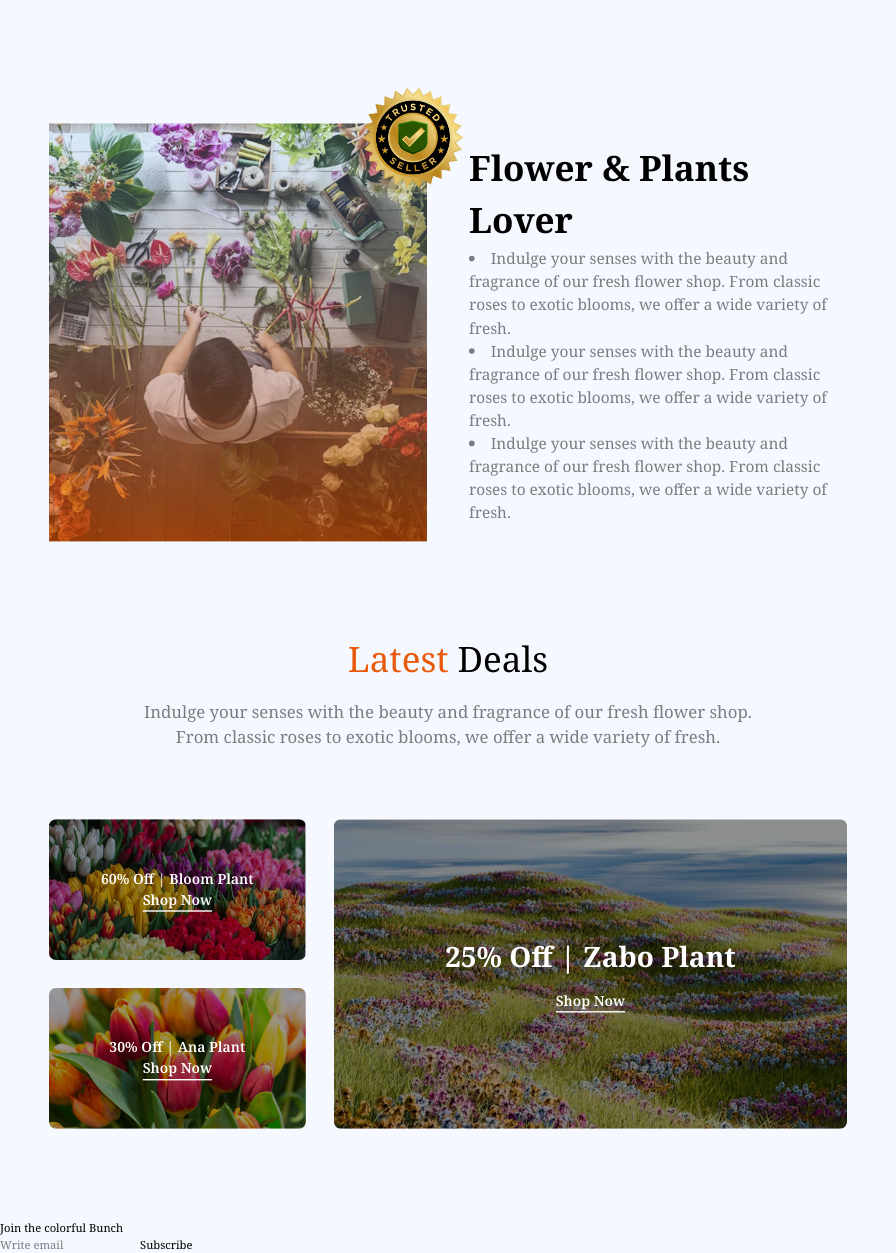
Repository: nahid-hasann/website-7
Page: index.html
These files come from the project's save history. The page is drawn as it stood at one moment and after the next save; the edit follows.
The browser window is 1280 px wide. The pictures show the part of the page from y = 2029 to 3949 px (the page is 3819 px tall before and 3949 px after), at 70% of full size.
Some web libraries are served in a nearby version.

Above is the page before, as saved 2025-07-24 21:14:20.

After the next save:
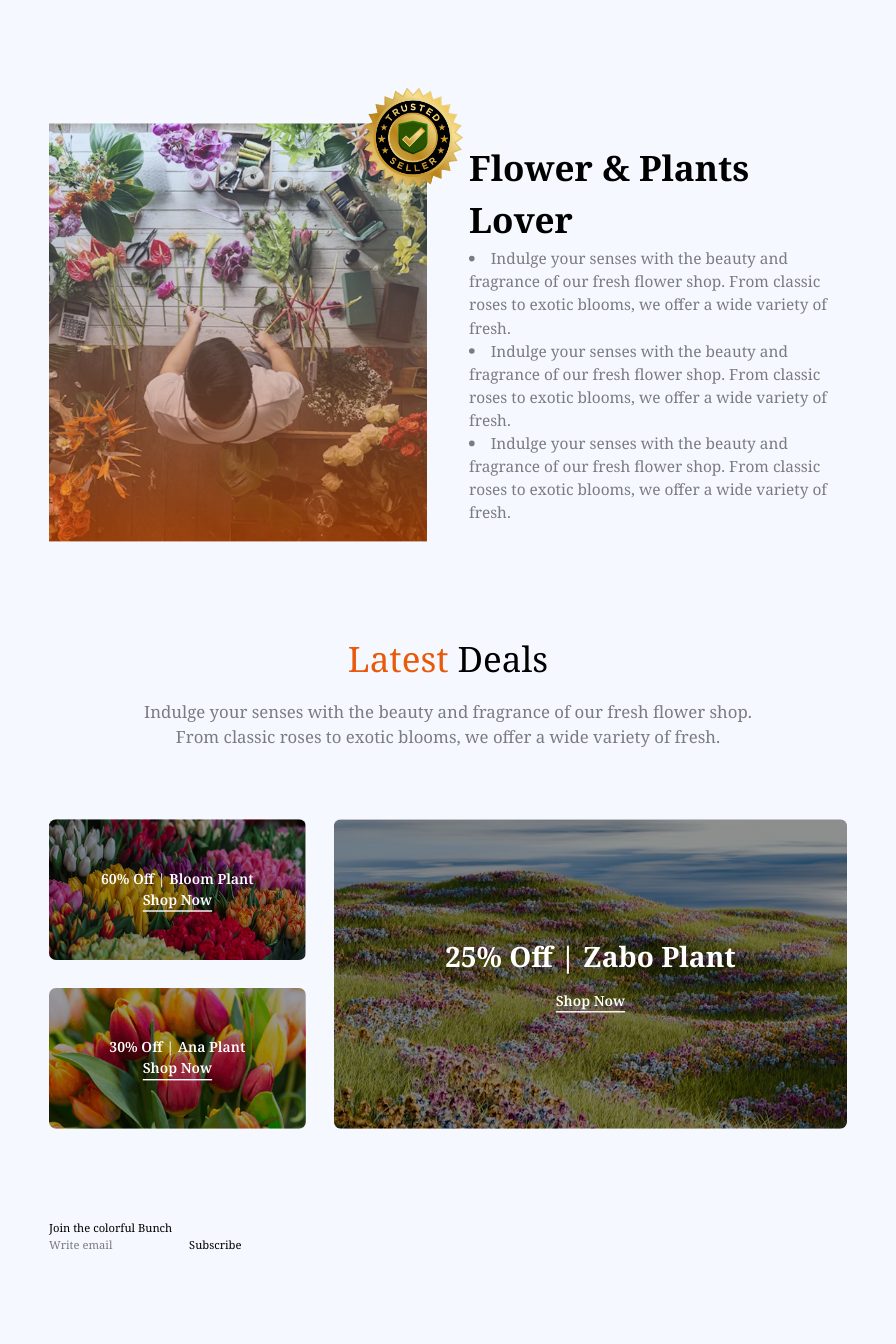
Saved 4 s later.
--- a/style.css
+++ b/style.css
@@ -285,7 +285,7 @@ nav{
 
 .subscribe-section{
     width: 1140px;
-    margin: ;
+    margin: 130px auto;
 }
 
 /* subscribe-section end  */
